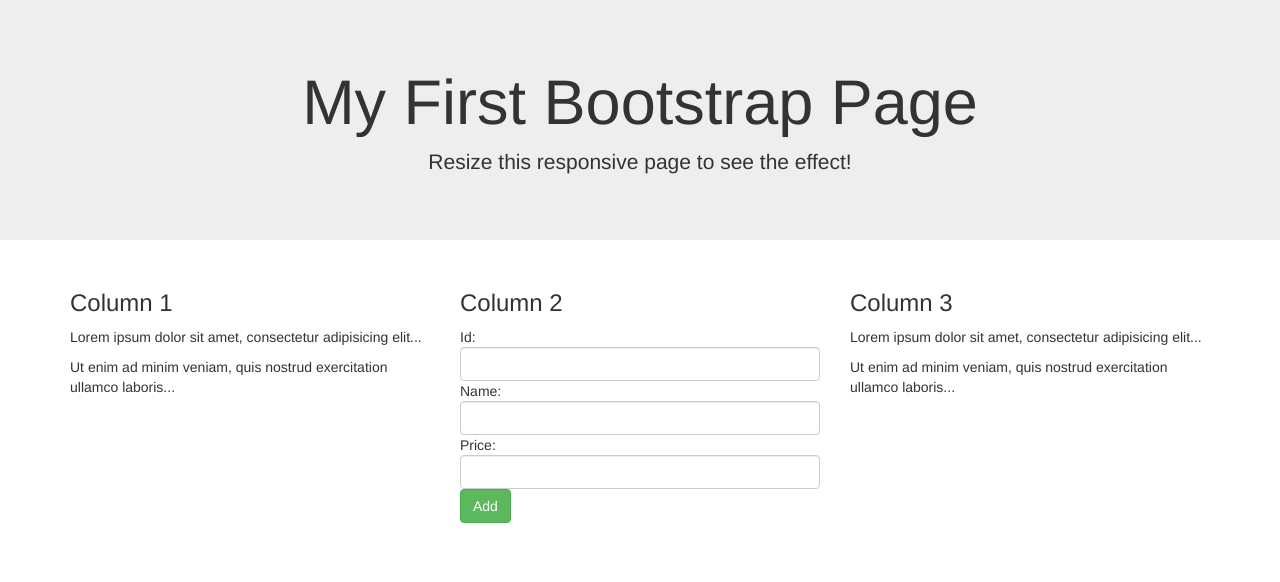
Repository: jagasia/wipro16feb
Page: http://localhost/mvc-1/WEB-INF/jsp/product.jsp
An editor plug-in stored every save of this project. The page is shown before and after the next save, followed by the edit.
The browser window is 1280 px wide. The pictures show the whole page.
The page is served by Tomcat 9. Nobody is signed in. The template is opened directly, without the code that normally fills it, so the values that code supplies are empty.

Above is the page before, as saved 2023-02-16 09:10:53.

After the next save:
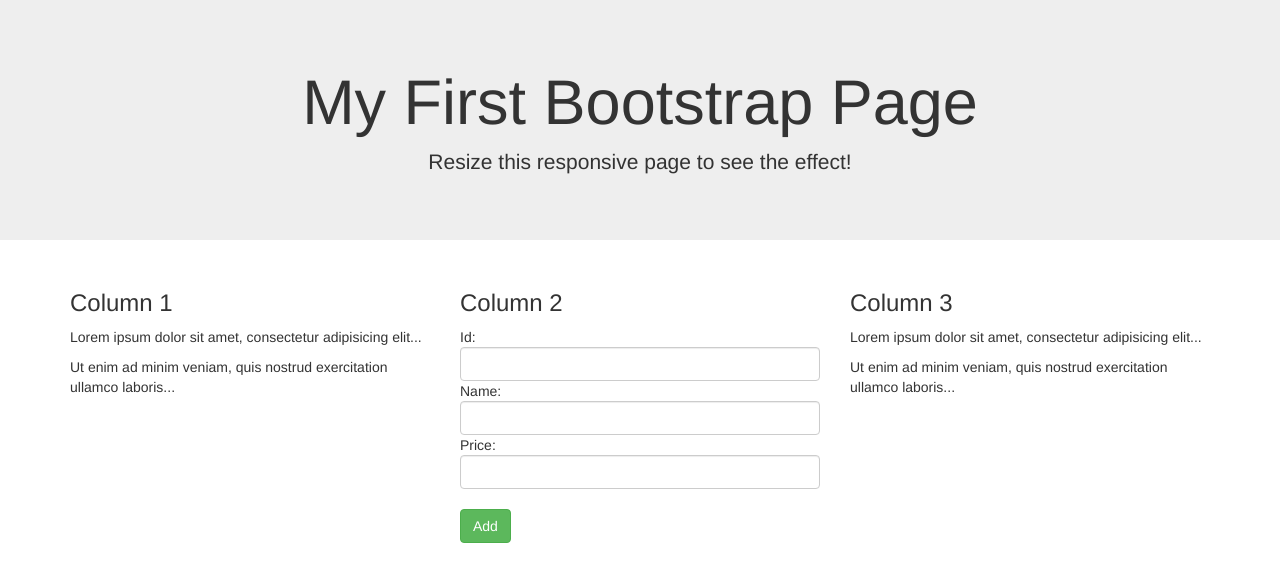
Saved 119 s later.
--- a/mvc-1/src/main/webapp/WEB-INF/jsp/product.jsp
+++ b/mvc-1/src/main/webapp/WEB-INF/jsp/product.jsp
@@ -27,7 +27,7 @@
       <form>
       	Id:<input type="number" class="form-control" name="id" />
       	Name:<input type="text" class="form-control" name="name" />
-      	Price:<input type="number" class="form-control" name="price" />
+      	Price:<input type="number" class="form-control" name="price" /><br/>
       	<input type="submit" value="Add" class="btn btn-success" />
       </form>
     </div>
